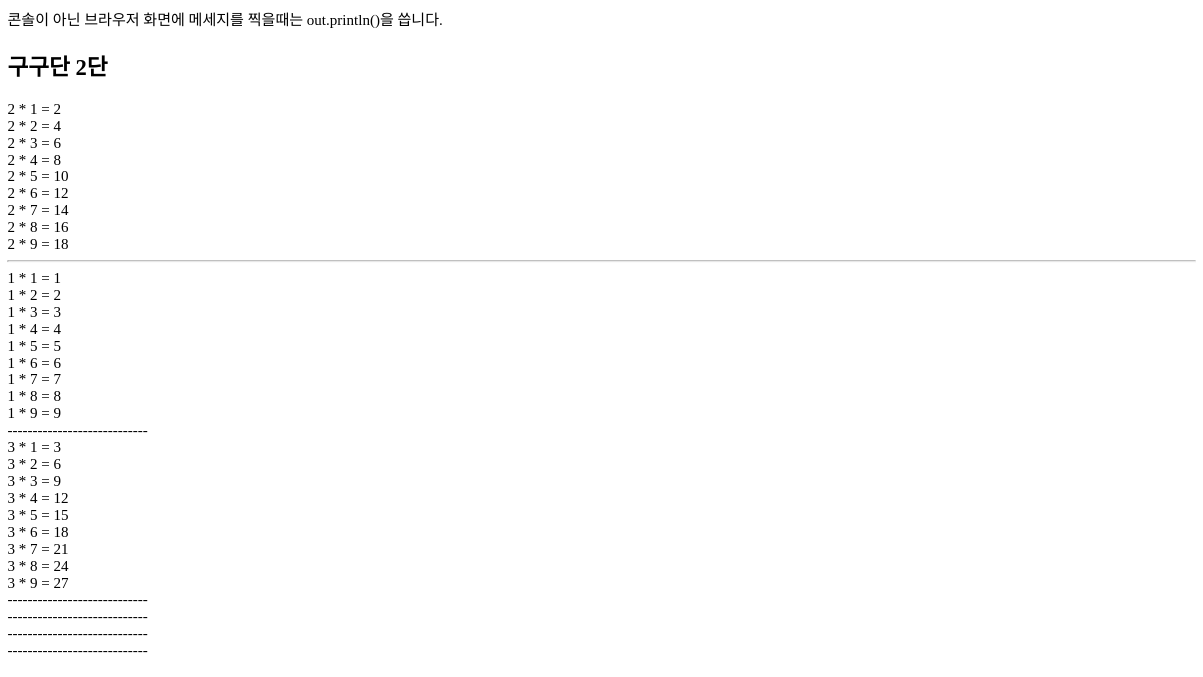
Repository: HeeMang28/jsp
Page: http://localhost/JSPBasic/jsptag/scriptlet.jsp
The author's editor kept a copy of each file at every save. The page is drawn from the files as they stood at one save, then again after the next save.
The browser window is 1280 px wide. The pictures show the whole page, at 94% of full size.
The page is served by Tomcat 9. Other server files are loaded and not shown.

Above is the page before, as saved 2022-03-22 11:55:21.

### JSPBasic/src/main/webapp/jsptag/scriptlet.jsp
<%@ page language="java" contentType="text/html; charset=UTF-8"
    pageEncoding="UTF-8"%>
<!DOCTYPE html>
<html>
<head>
<meta charset="UTF-8">
<title>Insert title here</title>
</head>
<body>
	<% System.out.println("콘솔에 메세지를 찍을때는 System.out.println()을 씁니다.");
	out.println("콘솔이 아닌 브라우저 화면에 메세지를 찍을때는 out.println()을 씁니다.");%>
	<h2>구구단 2단</h2>
	<%
		//구구단 2단을 브라우저에 출력해주세요.
		for(int i = 1; i < 10; i++){
			out.println("2 * " + i +" = " + (2 * i) + "<br/>");
		}
	%>
	<hr/>
	<!--  반복문과 조건문을 이용하여 구구단 홀수단(3, 5, 7, 9)단을 입력해주세요. -->
	<%
		for(int i = 1; i < 10; i++){
			if (i % 2 == 1){
				if(i <= 3 )
				for(int j = 1; j < 10; j++){
					out.println(i + " * " + j + " = " + (i * j) + "<br/>");

				}out.println("----------------------------"+ "<br/>");

			}
		}



	%>
</body>
</html>

After the next save:
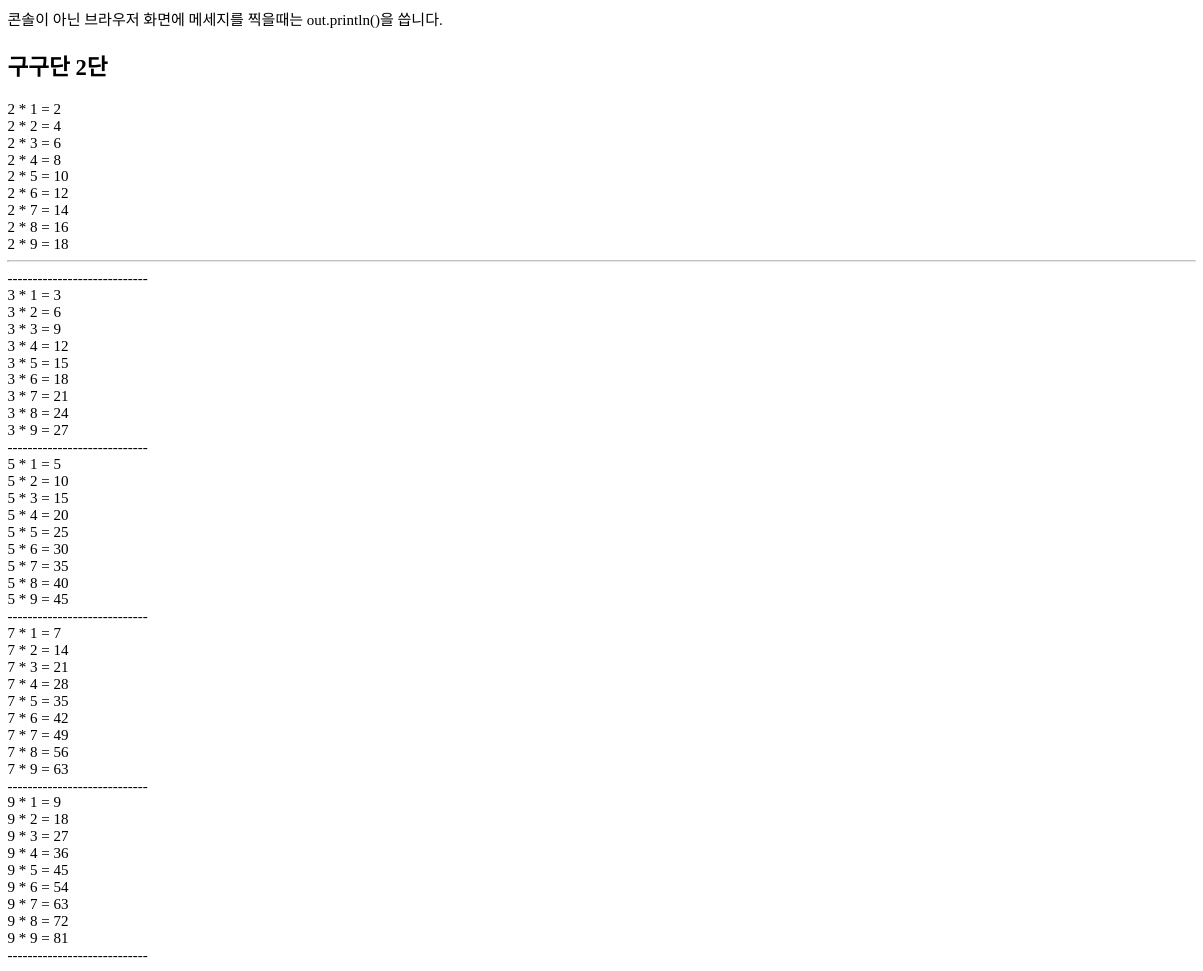
Saved 10 s later.
--- a/JSPBasic/src/main/webapp/jsptag/scriptlet.jsp
+++ b/JSPBasic/src/main/webapp/jsptag/scriptlet.jsp
@@ -21,7 +21,7 @@
 	<%
 		for(int i = 1; i < 10; i++){
 			if (i % 2 == 1){
-				if(i <= 3 )
+				if(i >= 3 )
 				for(int j = 1; j < 10; j++){
 					out.println(i + " * " + j + " = " + (i * j) + "<br/>");
 
